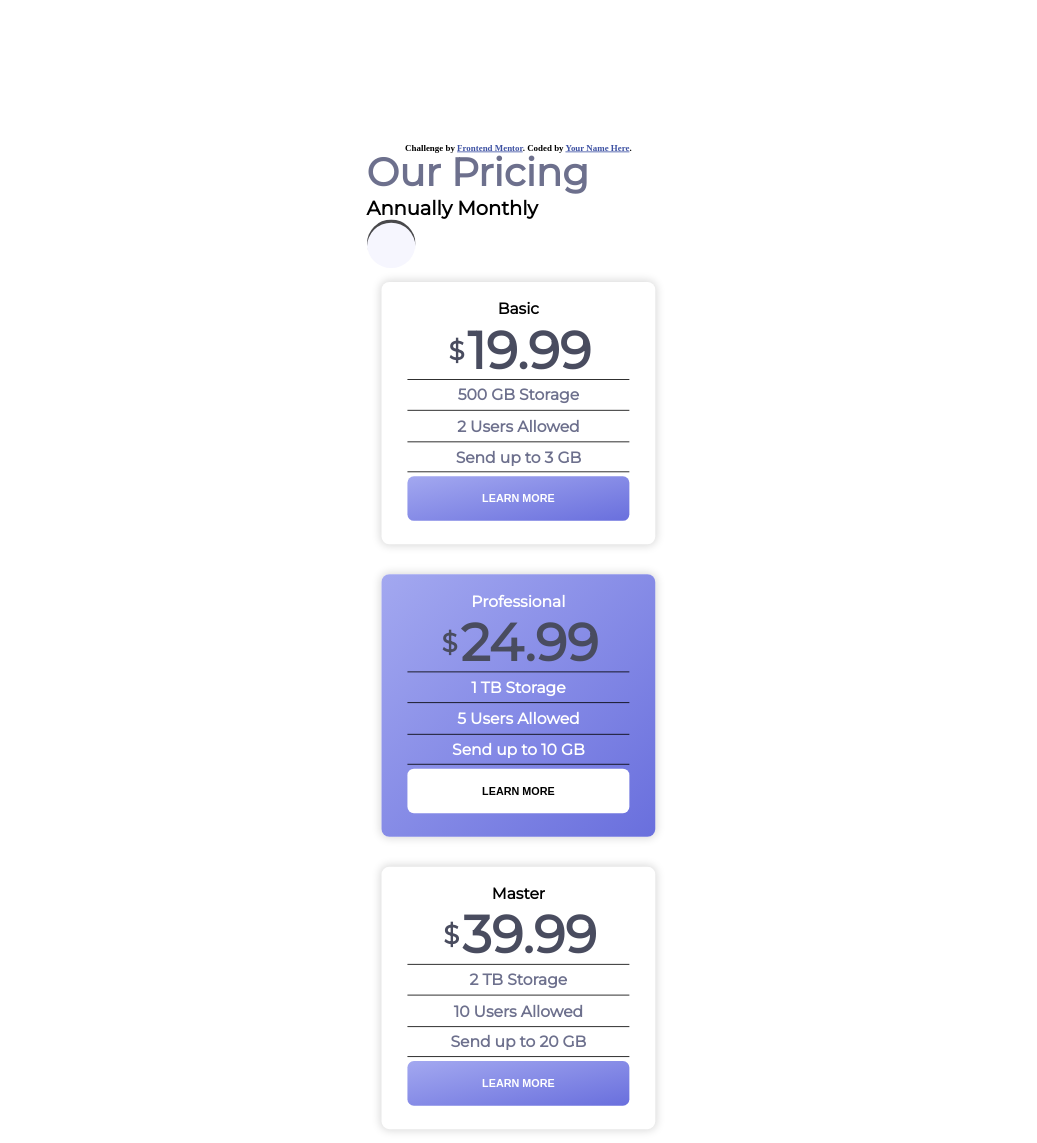
Repository: JuzzJoel/pricing-component-with-toggle-master
Page: index.html
An editor plug-in stored every save of this project. The page is shown before and after the next save, followed by the edit.
The browser window is 1280 px wide. The pictures show the whole page, at 81% of full size.

Above is the page before, as saved 2025-05-24 11:34:54.

After the next save:
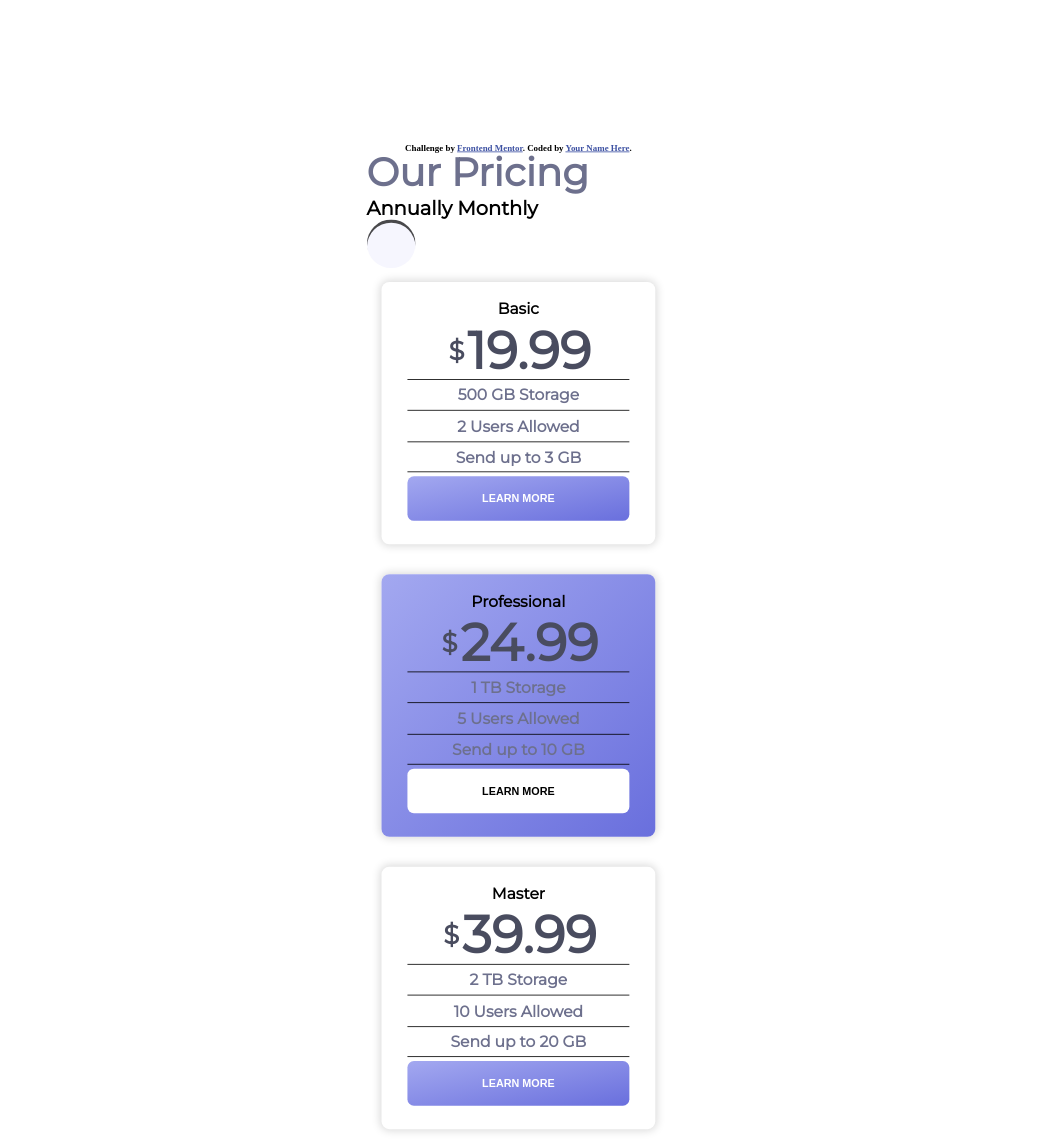
Saved 9 s later.
--- a/index.html
+++ b/index.html
@@ -192,7 +192,7 @@ background: var(--linear-gradient);
     font-weight: 700;
   }
   .card-container:nth-child(2) .rows ,
-  .card-container:nth-child(2) .rows-head
+  .card-container:nth-child(2) .rows-head ,
   {
     color: white;
   }
